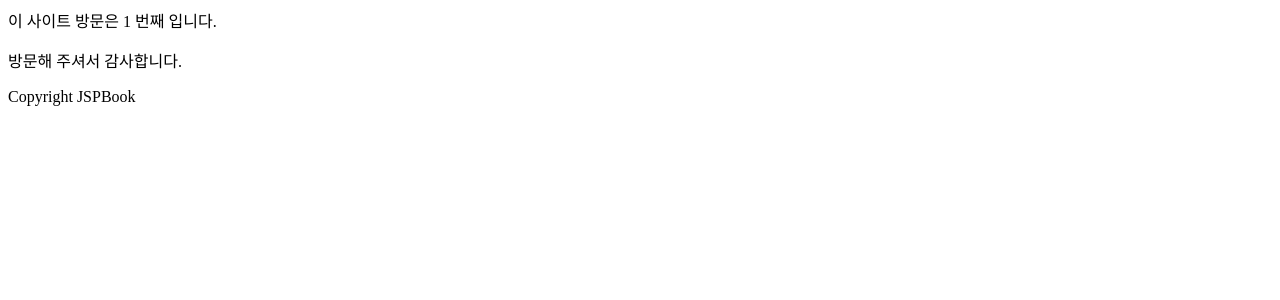
Repository: CheolHo-0428/JSP-Web-Programming
Page: http://localhost/JSPBook/ch03/include02.jsp
An editor plug-in stored every save of this project. The page is shown before and after the next save, followed by the edit.
The browser window is 1280 px wide. The pictures show the whole page.
The page is served by Tomcat 9. Other server files are loaded and not shown.

Above is the page before, as saved 2021-05-08 06:18:02.

### JSPBook/src/main/webapp/ch03/include02.jsp
<%@ page language="java" contentType="text/html; charset=UTF-8"
    pageEncoding="UTF-8"%>
<!DOCTYPE html>
<html>
<head>
<meta charset="UTF-8">
<title>Directives Tag</title>
</head>
<body>
	<%@ include file="include02_header.jsp" %>
	<p>방문해 주셔서 감사합니다.</p>
	<%@ include file="include02_footer.jsp" %>
</body>
</html>

### JSPBook/src/main/webapp/ch03/include02_header.jsp
<%@ page language="java" contentType="text/html; charset=UTF-8"
    pageEncoding="UTF-8"%>
<!DOCTYPE html>
<html>
<head>
<meta charset="UTF-8">
<title>Insert title here</title>
</head>
<body>
	<%!
		int pageCount=0;
		public void visit(){
			pageCount++;
		}
	%>

	<% visit(); %>

	이 사이트 방문은 <%= pageCount %> 번째 입니다.
</body>
</html>

### JSPBook/src/main/webapp/ch03/include02_footer.jsp
<%@ page language="java" contentType="text/html; charset=UTF-8"
    pageEncoding="UTF-8"%>
<!DOCTYPE html>
<html>
<head>
<meta charset="UTF-8">
<title>Insert title here</title>
</head>
<body>
	Copyright JSPBook
</body>
</html>

After the next save:
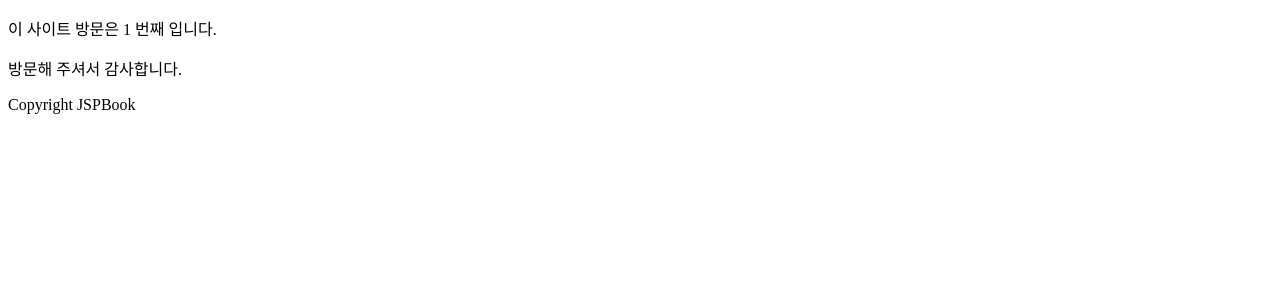
Saved 2 min 27 s later.
--- a/JSPBook/src/main/webapp/ch03/include02_header.jsp
+++ b/JSPBook/src/main/webapp/ch03/include02_header.jsp
@@ -8,14 +8,15 @@
 </head>
 <body>
 	<%!
-		int pageCount=0;
+		int pageCount;
 		public void visit(){
 			pageCount++;
 		}
 	%>
+	<%
+		visit();
+	%>
 
-	<% visit(); %>
-
-	이 사이트 방문은 <%= pageCount %> 번째 입니다.
+	<p>이 사이트 방문은 <%= pageCount %> 번째 입니다.</p>
 </body>
 </html>
